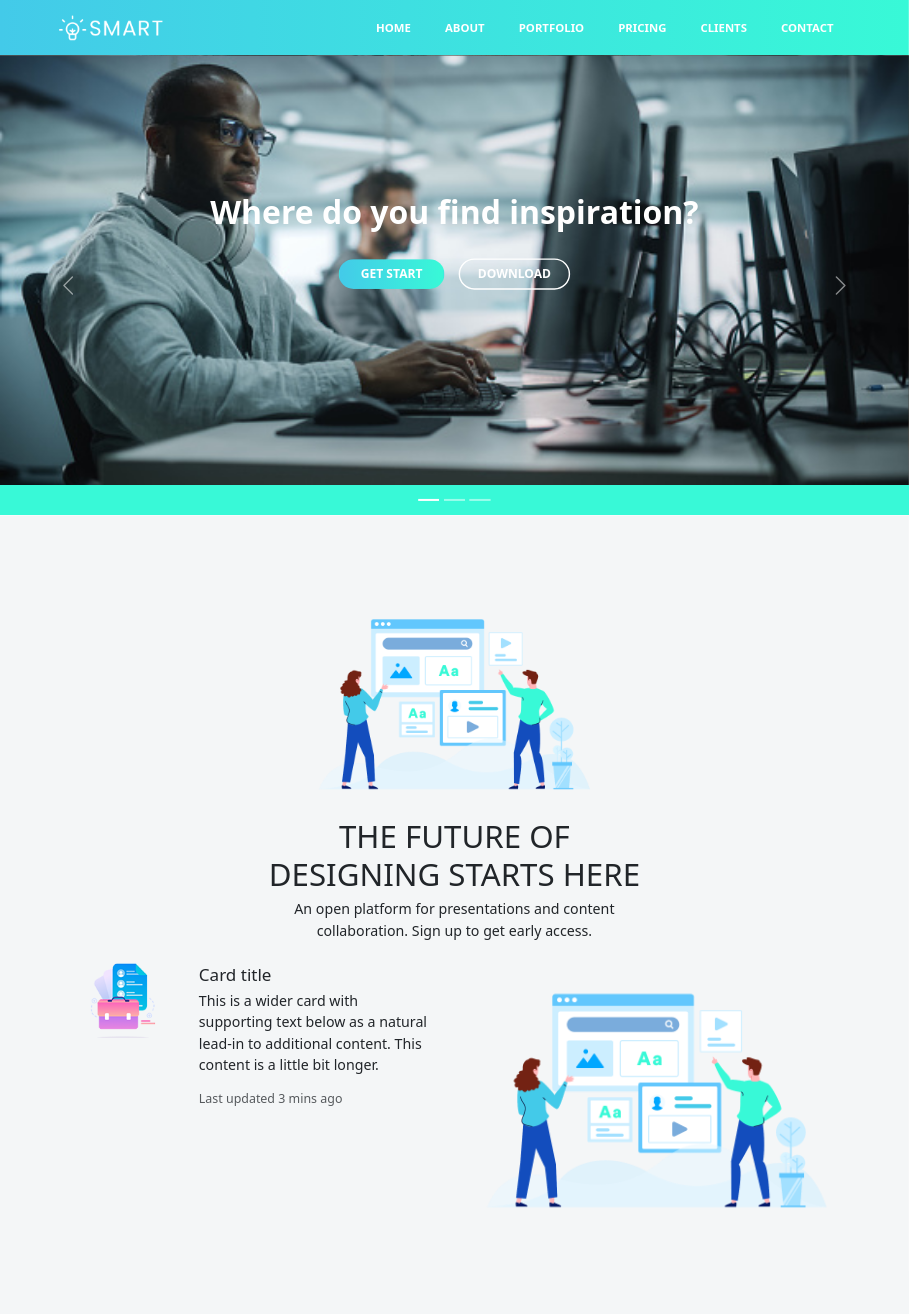
Repository: rizwan-zafar/smart-React
Page: /
An editor plug-in stored every save of this project. The page is shown before and after a run of saves, followed by the edit.
The browser window is 1280 px wide. The pictures show the whole page, at 71% of full size.
The project was rebuilt for these pictures with package versions that can differ from the ones it lists, and the page was loaded fresh each time.

Above is the page before, as saved 2022-11-17 11:24:49.

After the next 2 saves:
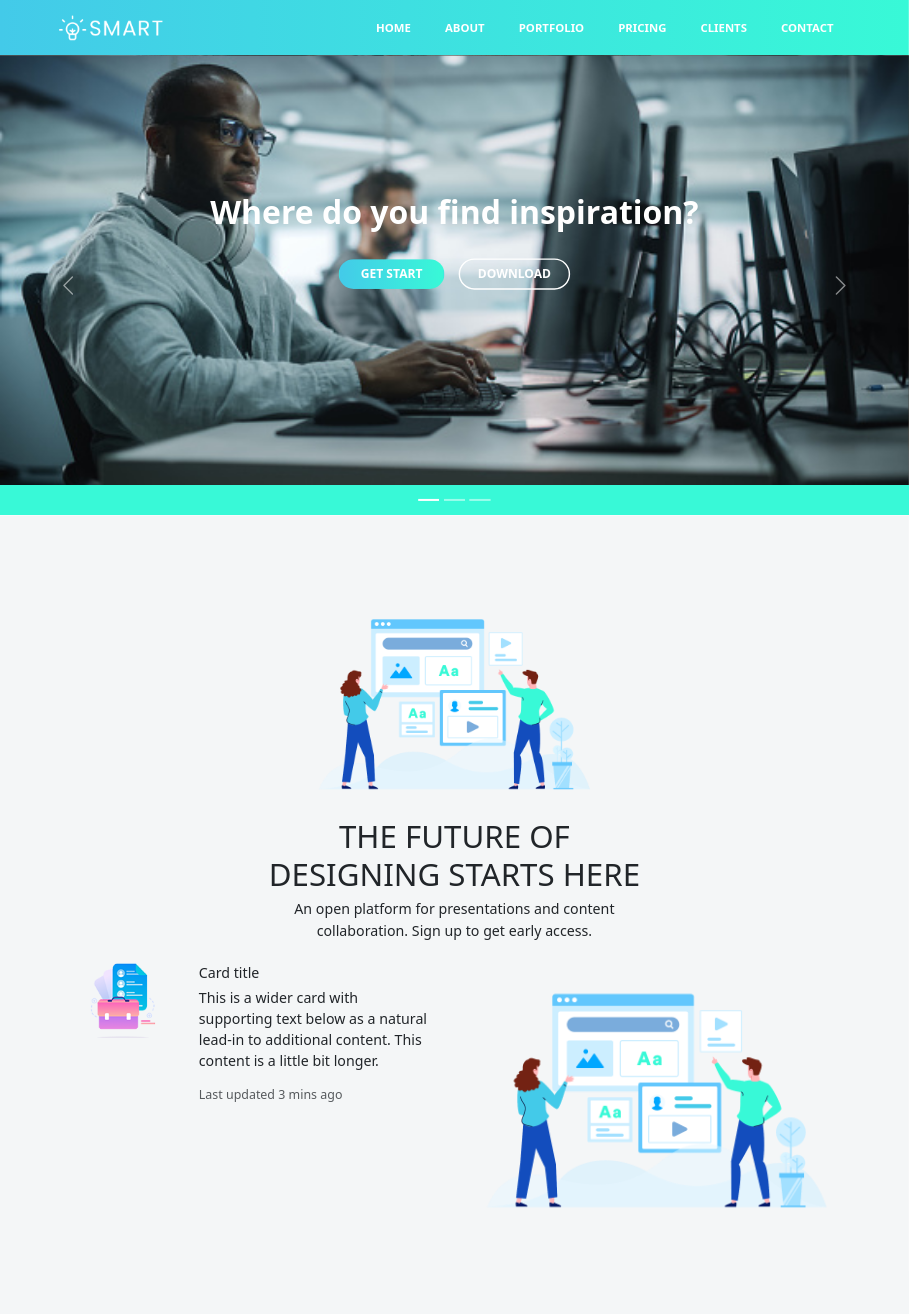
The 2 saves are shown as one change because they came seconds apart.
The last was saved 7 s later.
--- a/src/Components/Service.js
+++ b/src/Components/Service.js
@@ -22,7 +22,7 @@ export default function Service() {
                                 </div>
                                 <div className="col-md-8">
                                     <div className="card-body text-start">
-                                        <h4 className="card-title">Card title</h4>
+                                        <h5 className="card-title">Card title</h5>
                                         <p className="card-text">This is a wider card with supporting text below as a natural lead-in to additional content. This content is a little bit longer.</p>
                                         <p className="card-text"><small className="text-muted">Last updated 3 mins ago</small></p>
                                     </div>
